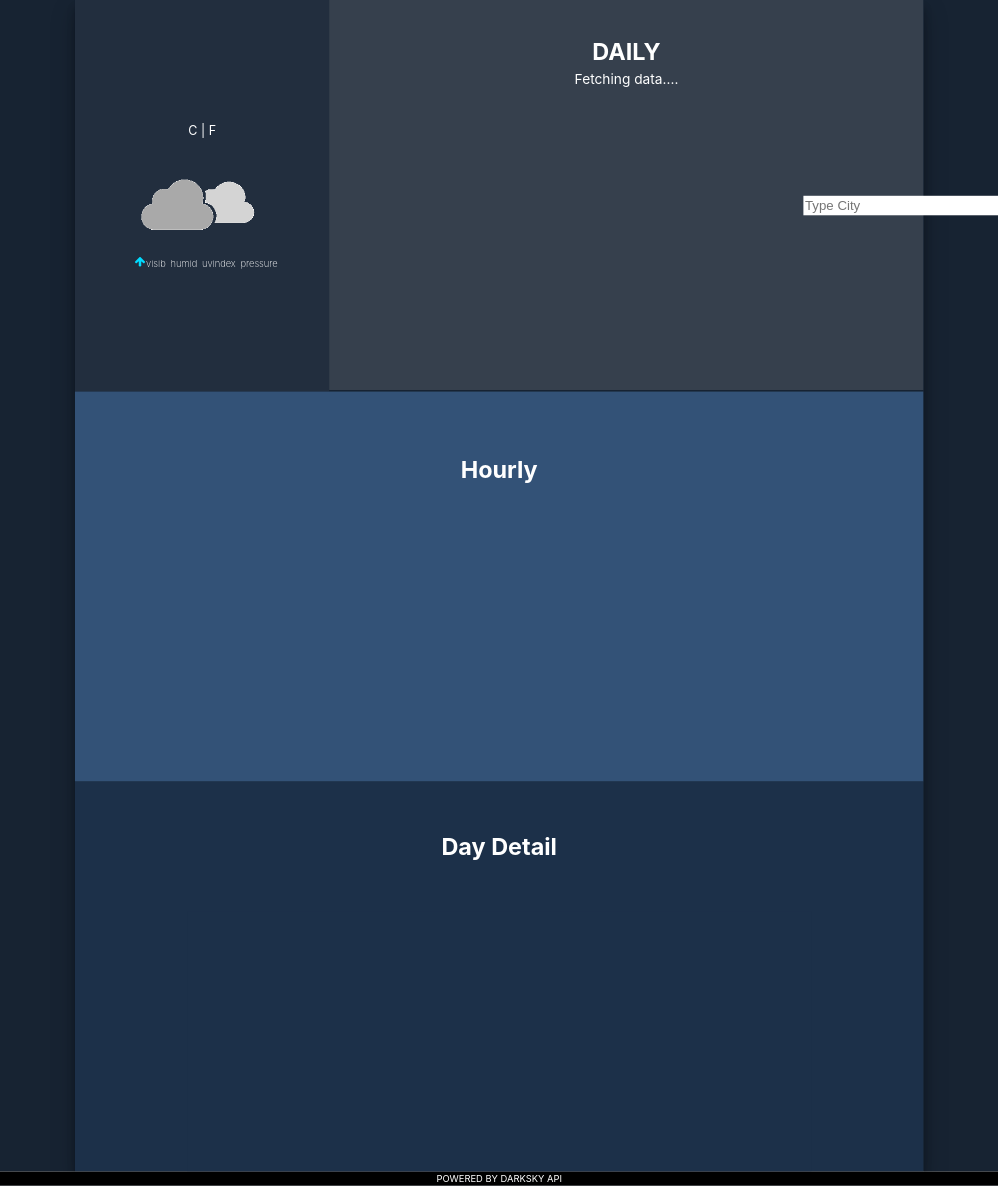
Repository: DOODpls/assignment3_weather
Page: index.html
These files come from the project's save history. The page is drawn as it stood at one moment and after the next save; the edit follows.
The browser window is 1280 px wide. The pictures show the whole page, at 78% of full size.
Some web fonts or font styles are not loaded; a fallback is used. Some web libraries are served in a nearby version.

Above is the page before, as saved 2020-01-07 19:23:07.

After the next save:
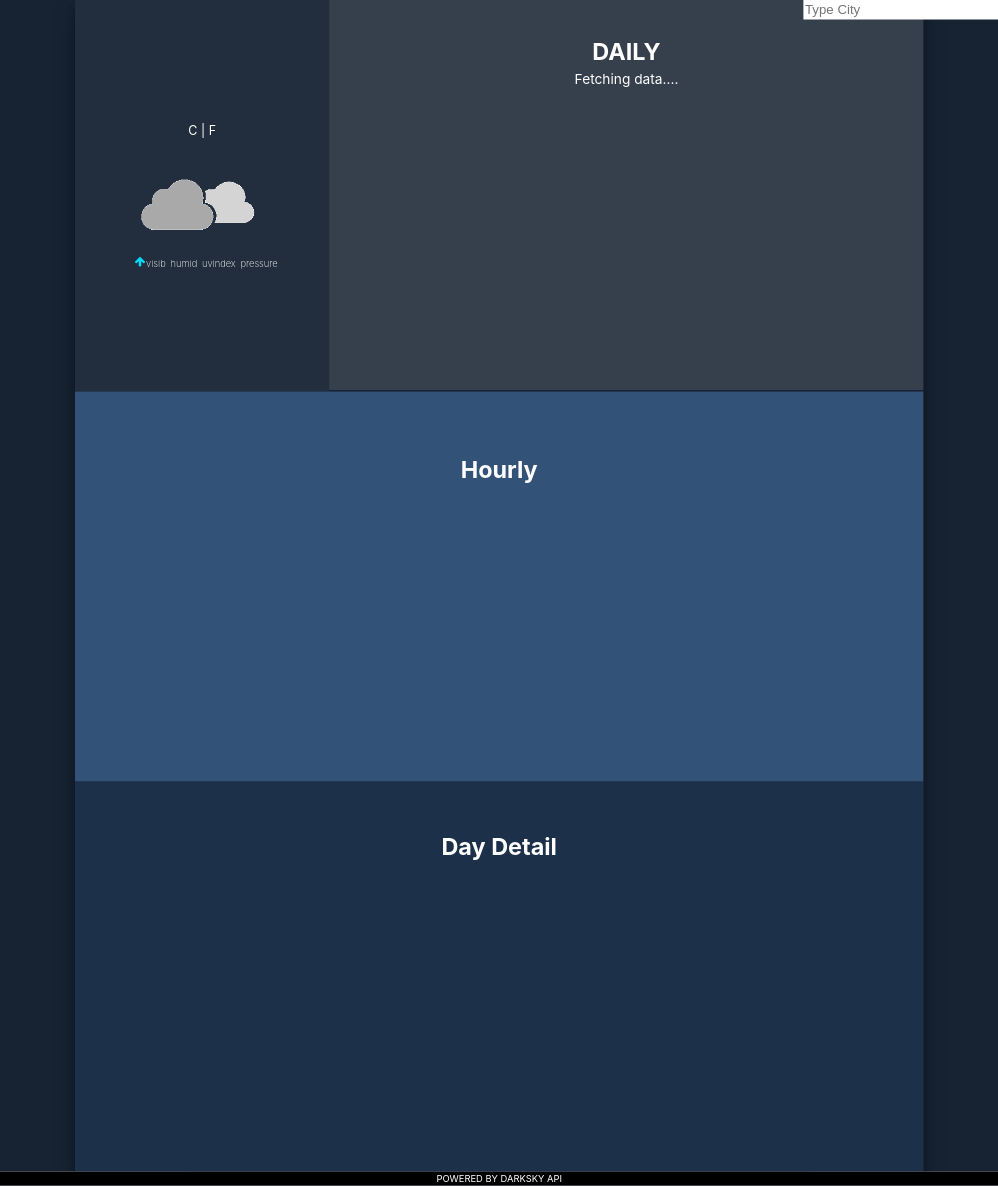
Saved 6 s later.
--- a/styles.css
+++ b/styles.css
@@ -145,6 +145,7 @@
   box-sizing: border-box;
   position: absolute;
   right: 0;
+  top: 0;
 }
 .sub-info{
   display: flex;
